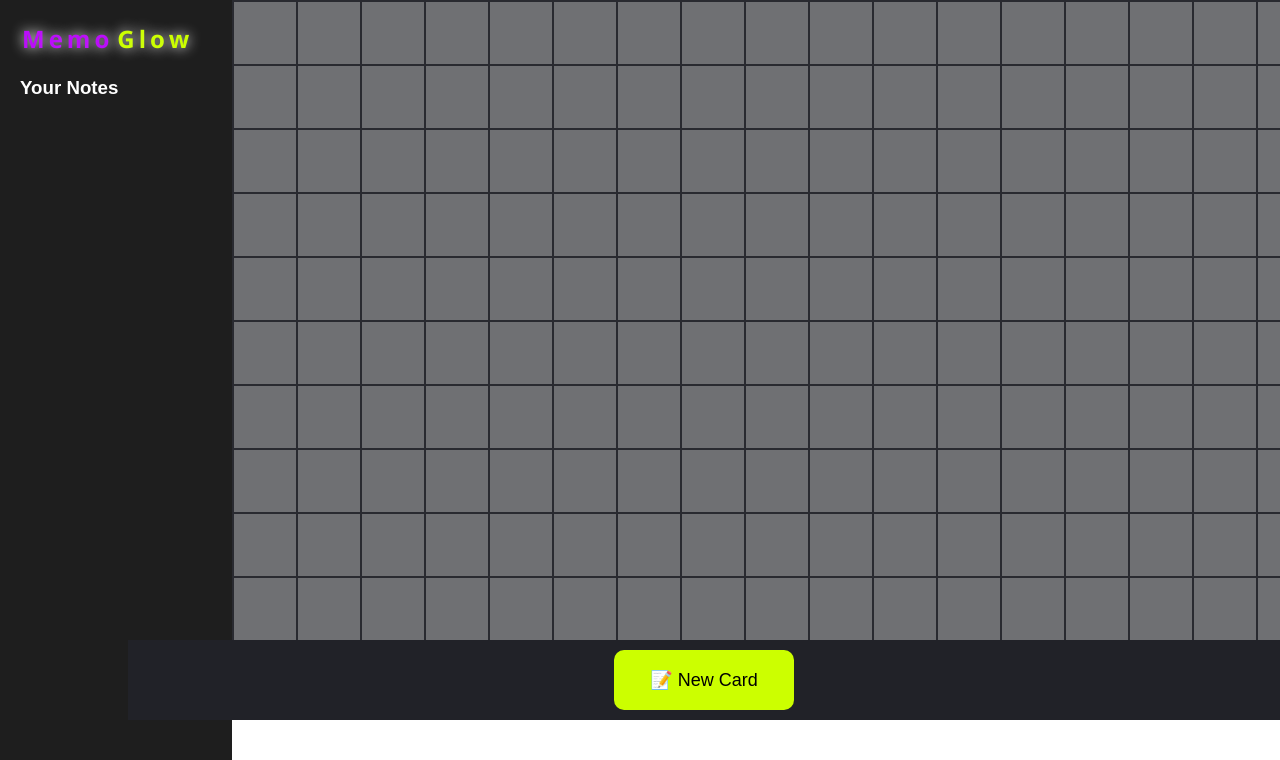
Repository: ErvinClay13/Memo-Glow
Page: index.html
These files come from the project's save history. The page is drawn as it stood at one moment and after a run of saves; the edit follows.
The browser window is 1280 px wide. The pictures show the whole page.

Above is the page before, as saved 2025-03-28 19:07:02.

After the next 2 saves:
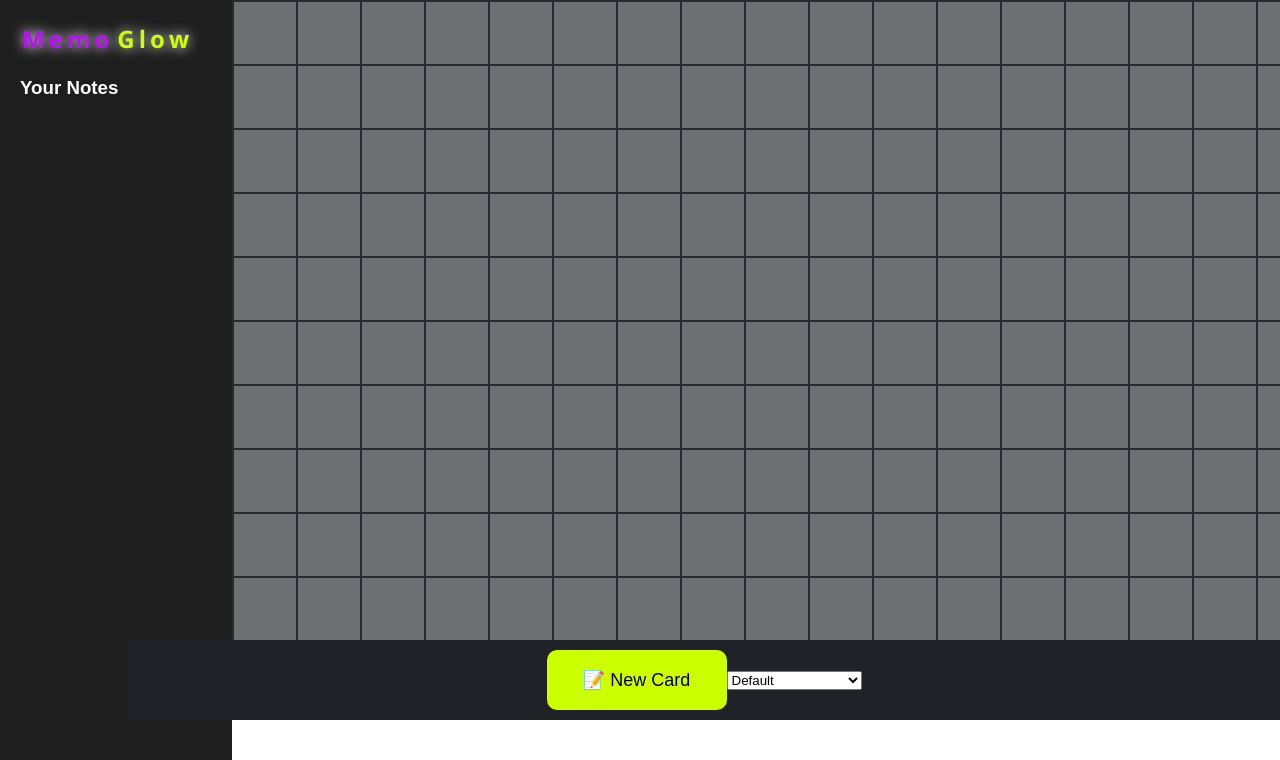
The 2 saves are shown as one change because they came seconds apart.
The last was saved 3 min 57 s later.
--- a/index.html
+++ b/index.html
@@ -25,6 +25,15 @@
 
   <div class="footer">
     <button id="addCardBtn">📝 New Card</button>
+    <select id="fontSelector">
+        <option value="'Segoe UI', sans-serif">Default</option>
+        <option value="'Courier New', monospace">Courier</option>
+        <option value="'Times New Roman', serif">Times New Roman</option>
+        <option value="Arial, sans-serif">Arial</option>
+        <option value="'Comic Sans MS', cursive">Comic Sans</option>
+        <option value="'Roboto', sans-serif">Roboto</option>
+      </select>
+
   </div>
 
   <script src="script.js"></script>
